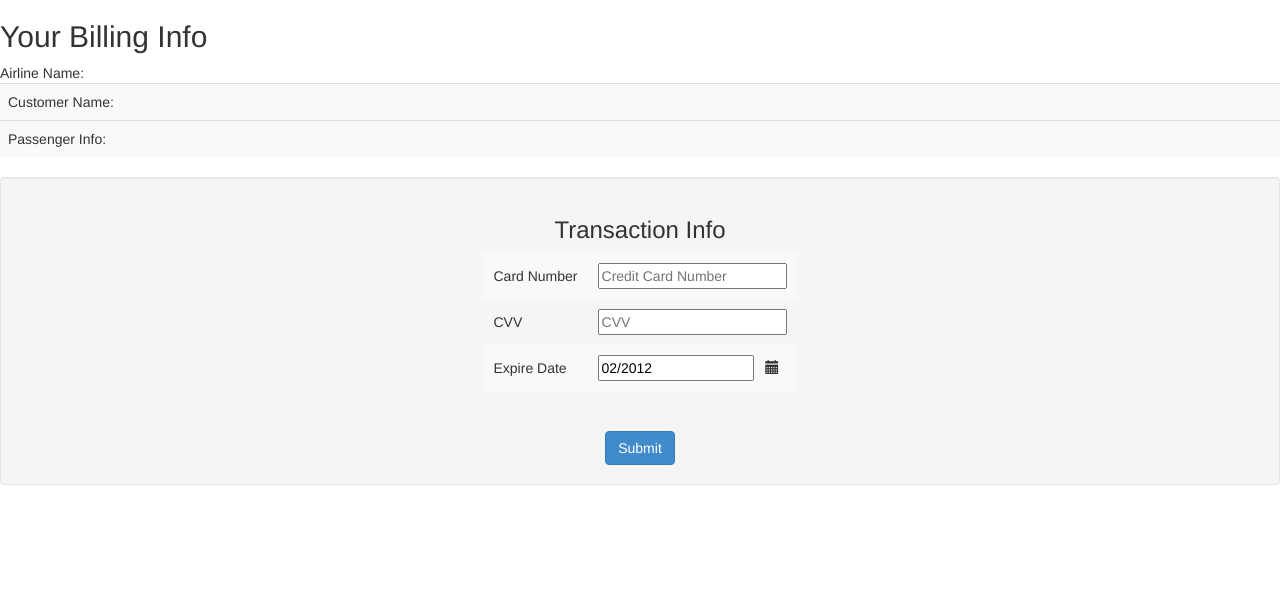
Repository: harshadrane89/CMPE273-WebService-AirlineManagement
Page: http://localhost/AirlineManagementSystemClient/TwitterGUI/TransactionInfo.jsp
An editor plug-in stored every save of this project. The page is shown before and after the next save, followed by the edit.
The browser window is 1280 px wide. The pictures show the whole page.
The page is served by Tomcat 9. Nobody is signed in. The application's start-up code is not run. Other server files are loaded and not shown.

Above is the page before, as saved 2013-12-07 08:31:23.

### 273_Project_Tomcat/AirlineManagementSystemClient/WebContent/TwitterGUI/TransactionInfo.jsp
<%@ page language="java" contentType="text/html; charset=US-ASCII"
	pageEncoding="US-ASCII"%>
<!DOCTYPE html PUBLIC "-//W3C//DTD HTML 4.01 Transitional//EN" "http://www.w3.org/TR/html4/loose.dtd">
<html>
<head>
<meta http-equiv="Content-Type" content="text/html; charset=US-ASCII">
<title></title>
<link href="css/bootstrap.min.css" rel="stylesheet" media="screen">
<link href="css/datepicker.css" rel="stylesheet">
<link href="css/prettify.css" rel="stylesheet">
</head>
<body>


	<h2>Your Billing Info</h2>

	<table class="table table-striped">
		<tr>
			<td>
				Customer Name:
			</td>
		</tr>
		<tr>
			Airline Name:
		</tr>
		<tr>
			<td>
				Passenger Info:
			</td>
		</tr>
	</table>


	<form action="TransactionServlet" method="get" class="well">
		<center>
			<h3>Transaction Info</h3>

			<table cellpadding="10px" cellspacing="10px" class="table-striped">
				<tr>
					<td>Card Number</td>
					<td><input type="text" placeholder="Credit Card Number"
						name="cardNum"></td>
				</tr>
				<tr>
					<td>CVV</td>
					<td><input type="text" placeholder="CVV" name="cvv"></td>
				</tr>

				<tr>
					<td>Expire Date</td>
					<td><div class="input-append date" id="dpMonths"
							data-date="102/2012" data-date-format="mm/yyyy"
							data-date-viewmode="years" data-date-minviewmode="months">
							<input class="span2" size="16" name="expiryDate" type="text"
								value="02/2012" readonly> &nbsp; <span
								class="add-on glyphicon glyphicon-calendar"></span>
						</div></td>
				</tr>
			</table>
			<br /> <br /> <input type="submit" class="btn btn-primary"
				value="Submit">

		</center>

	</form>

	<script src="js/prettify.js"></script>
	<script src="js/jquery-1.9.1.js"></script>
	<script src="js/bootstrap-datepicker.js"></script>
	<script>
		$(function() {
			window.prettyPrint && prettyPrint();
			$('#dp3').datepicker();
			$('#dpMonths').datepicker();

			var checkin = $('#dpd1').datepicker({
				onRender : function(date) {
					return date.valueOf() < now.valueOf() ? 'disabled' : '';
				}
			}).on('changeDate', function(ev) {
				if (ev.date.valueOf() > checkout.date.valueOf()) {
					var newDate = new Date(ev.date)
					newDate.setDate(newDate.getDate() + 1);
					checkout.setValue(newDate);
				}
				checkin.hide();
				$('#dpd2')[0].focus();
			}).data('datepicker');
			var checkout = $('#dpd2')
					.datepicker(
							{
								onRender : function(date) {
									return date.valueOf() <= checkin.date
											.valueOf() ? 'disabled' : '';
								}
							}).on('changeDate', function(ev) {
						checkout.hide();
					}).data('datepicker');
		});
	</script>
	<script src="http://www.google-analytics.com/urchin.js"
		type="text/javascript">

	</script>
</body>
</html>

### 273_Project_Tomcat/AirlineManagementSystemClient/WebContent/css/datepicker.css
/*!
 * Datepicker for Bootstrap
 *
 * Copyright 2012 Stefan Petre
 * Licensed under the Apache License v2.0
 * http://www.apache.org/licenses/LICENSE-2.0
 *
 */
.datepicker {
  top: 0;
  left: 0;
  padding: 4px;
  margin-top: 1px;
  -webkit-border-radius: 4px;
  -moz-border-radius: 4px;
  border-radius: 4px;
  /*.dow {
    border-top: 1px solid #ddd !important;
  }*/

}
.datepicker:before {
  content: '';
  display: inline-block;
  border-left: 7px solid transparent;
  border-right: 7px solid transparent;
  border-bottom: 7px solid #ccc;
  border-bottom-color: rgba(0, 0, 0, 0.2);
  position: absolute;
  top: -7px;
  left: 6px;
}
.datepicker:after {
  content: '';
  display: inline-block;
  border-left: 6px solid transparent;
  border-right: 6px solid transparent;
  border-bottom: 6px solid #ffffff;
  position: absolute;
  top: -6px;
  left: 7px;
}
.datepicker > div {
  display: none;
}
.datepicker table {
  width: 100%;
  margin: 0;
}
.datepicker td,
.datepicker th {
  text-align: center;
  width: 20px;
  height: 20px;
  -webkit-border-radius: 4px;
  -moz-border-radius: 4px;
  border-radius: 4px;
}
.datepicker td.day:hover {
  background: #eeeeee;
  cursor: pointer;
}
.datepicker td.day.disabled {
  color: #eeeeee;
}
.datepicker td.old,
.datepicker td.new {
  color: #999999;
}
.datepicker td.active,
.datepicker td.active:hover {
  color: #ffffff;
  background-color: #006dcc;
  background-image: -moz-linear-gradient(top, #0088cc, #0044cc);
  background-image: -webkit-gradient(linear, 0 0, 0 100%, from(#0088cc), to(#0044cc));
  background-image: -webkit-linear-gradient(top, #0088cc, #0044cc);
  background-image: -o-linear-gradient(top, #0088cc, #0044cc);
  background-image: linear-gradient(to bottom, #0088cc, #0044cc);
  background-repeat: repeat-x;
  filter: progid:DXImageTransform.Microsoft.gradient(startColorstr='#ff0088cc', endColorstr='#ff0044cc', GradientType=0);
  border-color: #0044cc #0044cc #002a80;
  border-color: rgba(0, 0, 0, 0.1) rgba(0, 0, 0, 0.1) rgba(0, 0, 0, 0.25);
  *background-color: #0044cc;
  /* Darken IE7 buttons by default so they stand out more given they won't have borders */

  filter: progid:DXImageTransform.Microsoft.gradient(enabled = false);
  color: #fff;
  text-shadow: 0 -1px 0 rgba(0, 0, 0, 0.25);
}
.datepicker td.active:hover,
.datepicker td.active:hover:hover,
.datepicker td.active:focus,
.datepicker td.active:hover:focus,
.datepicker td.active:active,
.datepicker td.active:hover:active,
.datepicker td.active.active,
.datepicker td.active:hover.active,
.datepicker td.active.disabled,
.datepicker td.active:hover.disabled,
.datepicker td.active[disabled],
.datepicker td.active:hover[disabled] {
  color: #ffffff;
  background-color: #0044cc;
  *background-color: #003bb3;
}
.datepicker td.active:active,
.datepicker td.active:hover:active,
.datepicker td.active.active,
.datepicker td.active:hover.active {
  background-color: #003399 \9;
}
.datepicker td span {
  display: block;
  width: 47px;
  height: 54px;
  line-height: 54px;
  float: left;
  margin: 2px;
  cursor: pointer;
  -webkit-border-radius: 4px;
  -moz-border-radius: 4px;
  border-radius: 4px;
}
.datepicker td span:hover {
  background: #eeeeee;
}
.datepicker td span.active {
  color: #ffffff;
  background-color: #006dcc;
  background-image: -moz-linear-gradient(top, #0088cc, #0044cc);
  background-image: -webkit-gradient(linear, 0 0, 0 100%, from(#0088cc), to(#0044cc));
  background-image: -webkit-linear-gradient(top, #0088cc, #0044cc);
  background-image: -o-linear-gradient(top, #0088cc, #0044cc);
  background-image: linear-gradient(to bottom, #0088cc, #0044cc);
  background-repeat: repeat-x;
  filter: progid:DXImageTransform.Microsoft.gradient(startColorstr='#ff0088cc', endColorstr='#ff0044cc', GradientType=0);
  border-color: #0044cc #0044cc #002a80;
  border-color: rgba(0, 0, 0, 0.1) rgba(0, 0, 0, 0.1) rgba(0, 0, 0, 0.25);
  *background-color: #0044cc;
  /* Darken IE7 buttons by default so they stand out more given they won't have borders */

  filter: progid:DXImageTransform.Microsoft.gradient(enabled = false);
  color: #fff;
  text-shadow: 0 -1px 0 rgba(0, 0, 0, 0.25);
}
.datepicker td span.active:hover,
.datepicker td span.active:focus,
.datepicker td span.active:active,
.datepicker td span.active.active,
.datepicker td span.active.disabled,
.datepicker td span.active[disabled] {
  color: #ffffff;
  background-color: #0044cc;
  *background-color: #003bb3;
}
.datepicker td span.active:active,
.datepicker td span.active.active {
  background-color: #003399 \9;
}
.datepicker td span.old {
  color: #999999;
}
.datepicker th.switch {
  width: 145px;
}
.datepicker th.next,
.datepicker th.prev {
  font-size: 21px;
}
.datepicker thead tr:first-child th {
  cursor: pointer;
}
.datepicker thead tr:first-child th:hover {
  background: #eeeeee;
}
.input-append.date .add-on i,
.input-prepend.date .add-on i {
  display: block;
  cursor: pointer;
  width: 16px;
  height: 16px;
}

Loaded but not shown: 273_Project_Tomcat/AirlineManagementSystemClient/WebContent/css/bootstrap.min.css (library); 273_Project_Tomcat/AirlineManagementSystemClient/WebContent/css/prettify.css (common file); 273_Project_Tomcat/AirlineManagementSystemClient/WebContent/js/prettify.js (library); 273_Project_Tomcat/AirlineManagementSystemClient/WebContent/js/jquery-1.9.1.js (library); 273_Project_Tomcat/AirlineManagementSystemClient/WebContent/js/bootstrap-datepicker.js (library)

After the next save:
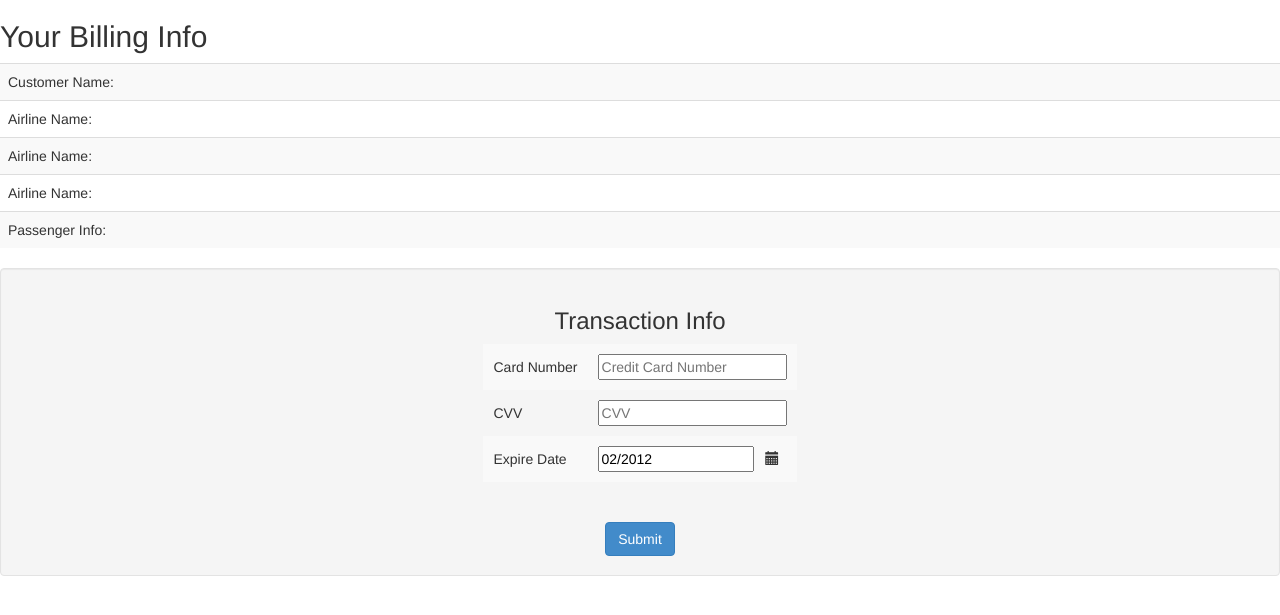
Saved 34 s later.
--- a/273_Project_Tomcat/AirlineManagementSystemClient/WebContent/TwitterGUI/TransactionInfo.jsp
+++ b/273_Project_Tomcat/AirlineManagementSystemClient/WebContent/TwitterGUI/TransactionInfo.jsp
@@ -21,7 +21,19 @@
 			</td>
 		</tr>
 		<tr>
+			<td>
 			Airline Name:
+			</td>
+		</tr>
+		<tr>
+			<td>
+			Airline Name:
+			</td>
+		</tr>
+		<tr>
+			<td>
+			Airline Name:
+			</td>
 		</tr>
 		<tr>
 			<td>
